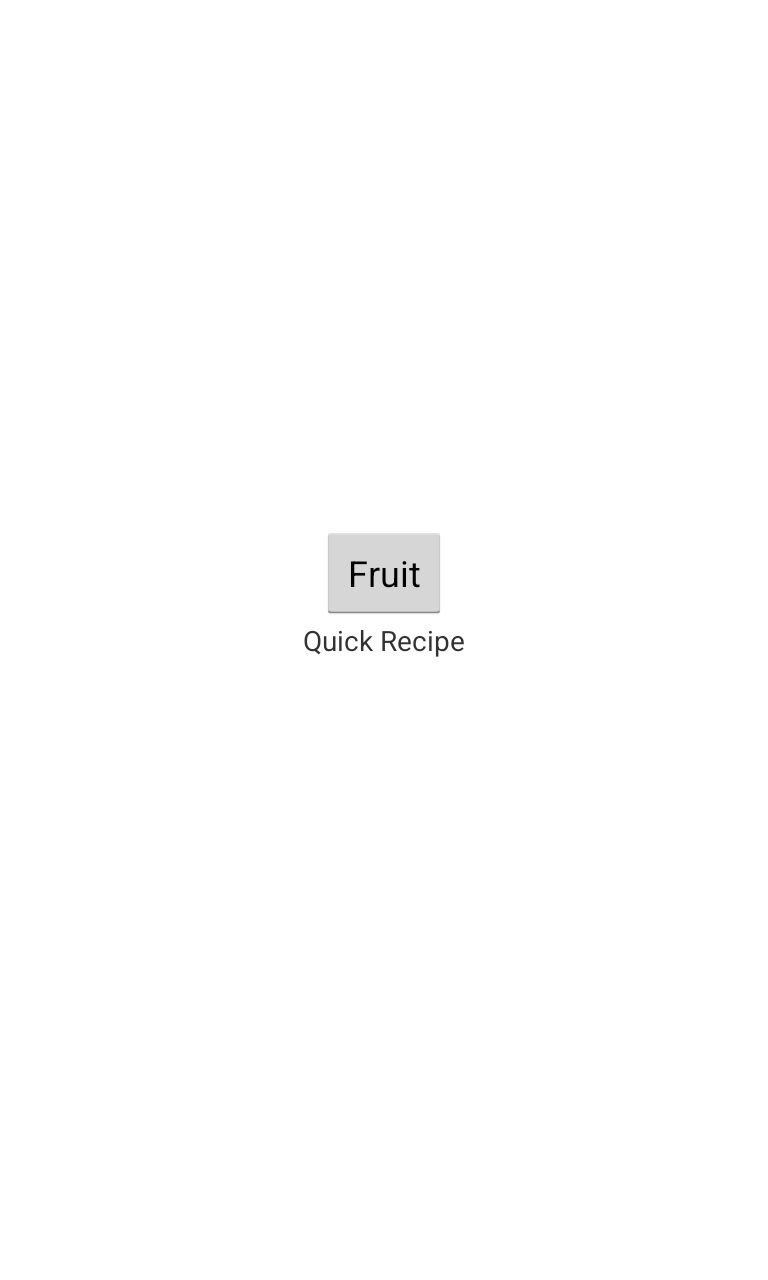
Repository: jmwood22/Boyardroid
Layout: Boyardroid/res/layout/activity_quick_recipe.xml
These files come from the project's save history. The layout is drawn as it stood at one moment and after the next save; the edit follows.
It is drawn on a 768 x 1280 px phone screen (xhdpi) without system bars, with theme AppTheme; the app's code is not run.

Above is the layout before, as saved 2013-02-22 00:55:09.

### Boyardroid/res/layout/activity_quick_recipe.xml
<RelativeLayout xmlns:android="http://schemas.android.com/apk/res/android"
    xmlns:tools="http://schemas.android.com/tools"
    android:layout_width="match_parent"
    android:layout_height="match_parent"
    tools:context=".QuickRecipe" >

    <TextView
        android:id="@+id/textView1"
        android:layout_width="wrap_content"
        android:layout_height="wrap_content"
        android:layout_centerHorizontal="true"
        android:layout_centerVertical="true"
        android:text="@string/quick_recipe" />

    <Button
        android:id="@+id/fruit"
        android:layout_width="wrap_content"
        android:layout_height="wrap_content"
        android:layout_above="@+id/textView1"
        android:layout_centerHorizontal="true"
        android:text="@string/title_activity_fruit" />

</RelativeLayout>

### Boyardroid/res/values/strings.xml
<?xml version="1.0" encoding="utf-8"?>
<resources>

    <string name="app_name">BoyarDroid</string>
    <string name="quick_recipe">Quick Recipe</string>
    <string name="menu_settings">Settings</string>
    <string name="title_activity_quck_recipe">QuckRecipe</string>
    <string name="title_activity_quick_recipe">QuickRecipe</string>
    <string name="find_recipe">Find Recipes</string>
    <string name="hello_world">Hello world!</string>
    <string name="title_activity_home_screen">HomeScreen</string>
    <string name="title_activity_fridge">Fridge</string>
    <string name="fridge_button">Fridge</string>
    <string name="dinner_button">Dinner</string>
    <string name="breakfast_button">Breakfast</string>
    <string name="lunch_button">Lunch</string>
    <string name="user_button">User text</string>
    <string name="addIngredient_button">Add Ingredient</string>
    <string name="removeIngredient_button">Remove Ingredient</string>
    <string name="favoriteRecipe_button">Favorite Recipes</string>
    <string name="title_activity_fruit">Fruit</string>
    <string name="apple">Apple</string>
    <string name="banana">Banana</string>
    <string name="lemon">Lemon</string>
    <string name="lime">Lime</string>
    <string name="blueberry">Blueberry</string>
    <string name="grape">Grape</string>
    <string name="orange">Orange</string>


</resources>

Loaded but not shown: Boyardroid/res/values/styles.xml (common file); Boyardroid/res/values-v11/styles.xml (common file); Boyardroid/res/values-v14/styles.xml (common file)

After the next save:
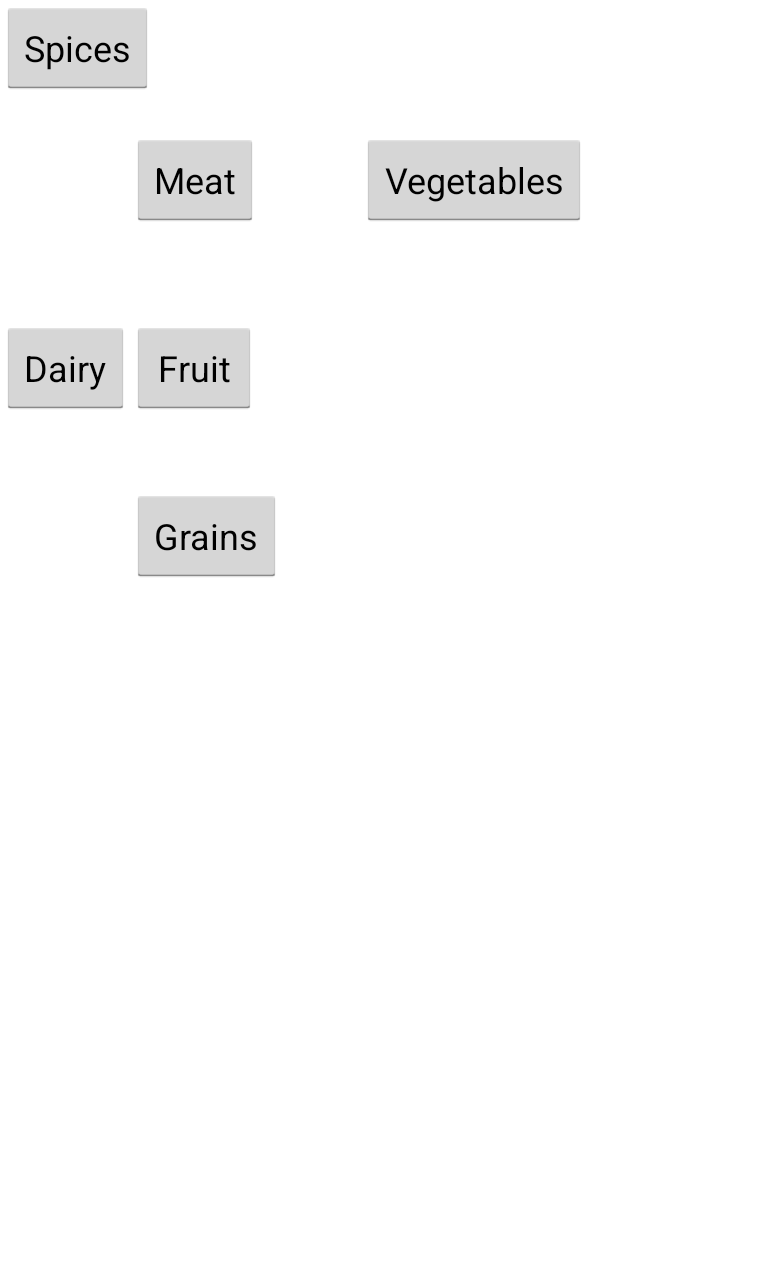
Saved 52 min 11 s later.
--- a/Boyardroid/res/layout/activity_quick_recipe.xml
+++ b/Boyardroid/res/layout/activity_quick_recipe.xml
@@ -4,20 +4,58 @@
     android:layout_height="match_parent"
     tools:context=".QuickRecipe" >
 
-    <TextView
-        android:id="@+id/textView1"
-        android:layout_width="wrap_content"
-        android:layout_height="wrap_content"
-        android:layout_centerHorizontal="true"
-        android:layout_centerVertical="true"
-        android:text="@string/quick_recipe" />
-
     <Button
         android:id="@+id/fruit"
         android:layout_width="wrap_content"
         android:layout_height="wrap_content"
-        android:layout_above="@+id/textView1"
-        android:layout_centerHorizontal="true"
+        android:layout_alignParentLeft="true"
+        android:layout_alignParentTop="true"
+        android:layout_marginLeft="65dp"
+        android:layout_marginTop="160dp"
         android:text="@string/title_activity_fruit" />
 
+    <Button
+        android:id="@+id/meat"
+        android:layout_width="wrap_content"
+        android:layout_height="wrap_content"
+        android:layout_alignLeft="@+id/fruit"
+        android:layout_alignParentTop="true"
+        android:layout_marginTop="66dp"
+        android:text="Meat" />
+
+    <Button
+        android:id="@+id/vegetables"
+        android:layout_width="wrap_content"
+        android:layout_height="wrap_content"
+        android:layout_alignBaseline="@+id/meat"
+        android:layout_alignBottom="@+id/meat"
+        android:layout_marginLeft="50dp"
+        android:layout_toRightOf="@+id/meat"
+        android:text="Vegetables" />
+
+    <Button
+        android:id="@+id/dairy"
+        android:layout_width="wrap_content"
+        android:layout_height="wrap_content"
+        android:layout_alignBottom="@+id/fruit"
+        android:layout_alignLeft="@+id/button1"
+        android:text="Dairy" />
+
+    <Button
+        android:id="@+id/grains"
+        android:layout_width="wrap_content"
+        android:layout_height="wrap_content"
+        android:layout_alignLeft="@+id/fruit"
+        android:layout_below="@+id/fruit"
+        android:layout_marginTop="36dp"
+        android:text="Grains" />
+
+    <Button
+        android:id="@+id/spices"
+        android:layout_width="wrap_content"
+        android:layout_height="wrap_content"
+        android:layout_alignRight="@+id/button2"
+        android:layout_alignTop="@+id/button3"
+        android:text="Spices" />
+
 </RelativeLayout>
